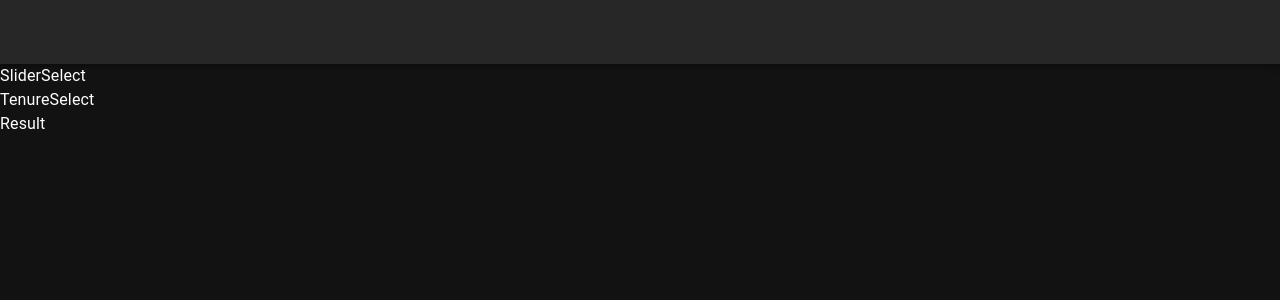
Repository: MikeeBuilds/mortgage-calculator
Page: /
An editor plug-in stored every save of this project. The page is shown before and after a run of saves, followed by the edit.
The browser window is 1280 px wide. The pictures show the whole page.
The project was rebuilt for these pictures with package versions that can differ from the ones it lists, and the page was loaded fresh each time.

Above is the page before, as saved 2023-04-03 17:07:13.

### src/index.js
import React from 'react';
import ReactDOM from 'react-dom/client';
import  CssBaseline  from '@mui/material/CssBaseline';
import { ThemeProvider, createTheme } from '@mui/material/styles';
import App from './App';
import reportWebVitals from './reportWebVitals';
import { theme } from './theme';

const root = ReactDOM.createRoot(document.getElementById('root'));
root.render(
  <React.StrictMode>
    <ThemeProvider theme={theme}>
      <CssBaseline />
    <App />
    </ThemeProvider>
  </React.StrictMode>
);

// If you want to start measuring performance in your app, pass a function
// to log results (for example: reportWebVitals(console.log))
// or send to an analytics endpoint. Learn more: https://bit.ly/CRA-vitals
reportWebVitals();

### src/App.js
import Navbar from "./components/Navbar";
import Result from "./components/Result";
import SliderSelect from "./components/SliderSelect";
import TenureSelect from "./components/TenureSelect";


function App() {
  return (
    <div className="App">
      <Navbar />
      <SliderSelect />
      <TenureSelect />
      <Result />
    </div>
  );
}

export default App;

### src/theme.js
import {  createTheme } from "@mui/material/styles";

export const theme = createTheme({
    palette: {
        mode: "dark",
    },
    typography: {
        h1: {

        },
    },
});

### src/components/Navbar.js
import React from 'react'
import AppBar from '@mui/material/AppBar'
import ToolBar from '@mui/material/Toolbar'
import Typography from '@mui/material/Typography'
import Container from '@mui/material/Container'

const Navbar = () => {
  return (
    <AppBar position="static">
      <Container>
        <ToolBar>

        </ToolBar>
      </Container>
    </AppBar>
  )
}

export default Navbar

### src/components/SliderSelect.js
import React from 'react'

const SliderSelect = () => {
  return (
    <div>SliderSelect</div>
  )
}

export default SliderSelect

### src/components/TenureSelect.js
import React from 'react'

const TenureSelect = () => {
  return (
    <div>TenureSelect</div>
  )
}

export default TenureSelect

Loaded but not shown: public/index.html (common file); src/reportWebVitals.js (common file); src/components/Result.js (common file)

After the next 2 saves:
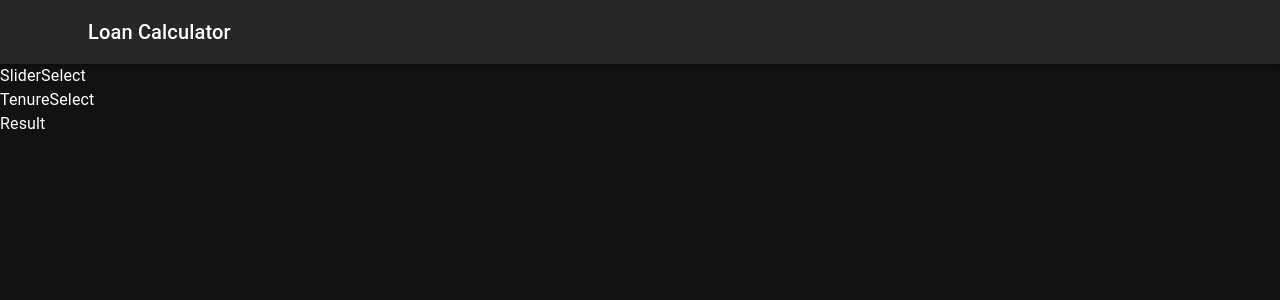
The 2 saves are shown as one change because they came seconds apart.
The last was saved 7 s later.
--- a/src/components/Navbar.js
+++ b/src/components/Navbar.js
@@ -9,7 +9,9 @@ const Navbar = () => {
     <AppBar position="static">
       <Container>
         <ToolBar>
-
+            <Typography variant="h6" component="div" sx={{ flexGrow: 1 }}>
+                Loan Calculator
+            </Typography>
         </ToolBar>
       </Container>
     </AppBar>
